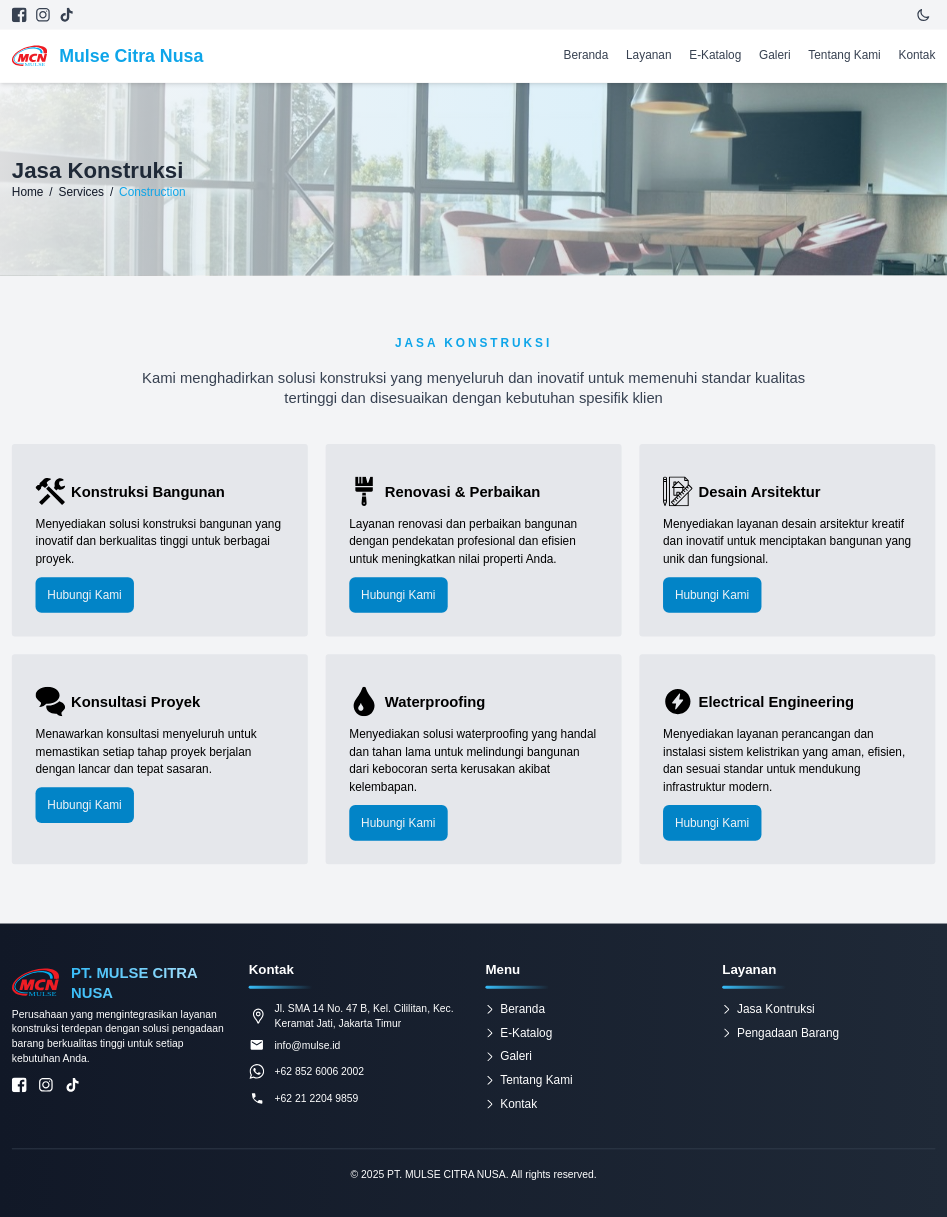
Repository: PrasBaldin/next-mulse
Page: /services/construction
The author's editor kept a copy of each file at every save. The page is drawn from the files as they stood at one save, then again after the next save.
The browser window is 1280 px wide. The pictures show the whole page, at 74% of full size.
The project was rebuilt for these pictures with package versions that can differ from the ones it lists, and the page was loaded fresh each time. The framework's server and built-in components were replaced by stand-ins that run in the browser. Also part of the build but not shown: next.config.ts.

Above is the page before, as saved 2025-02-26 14:00:25.

After the next save:
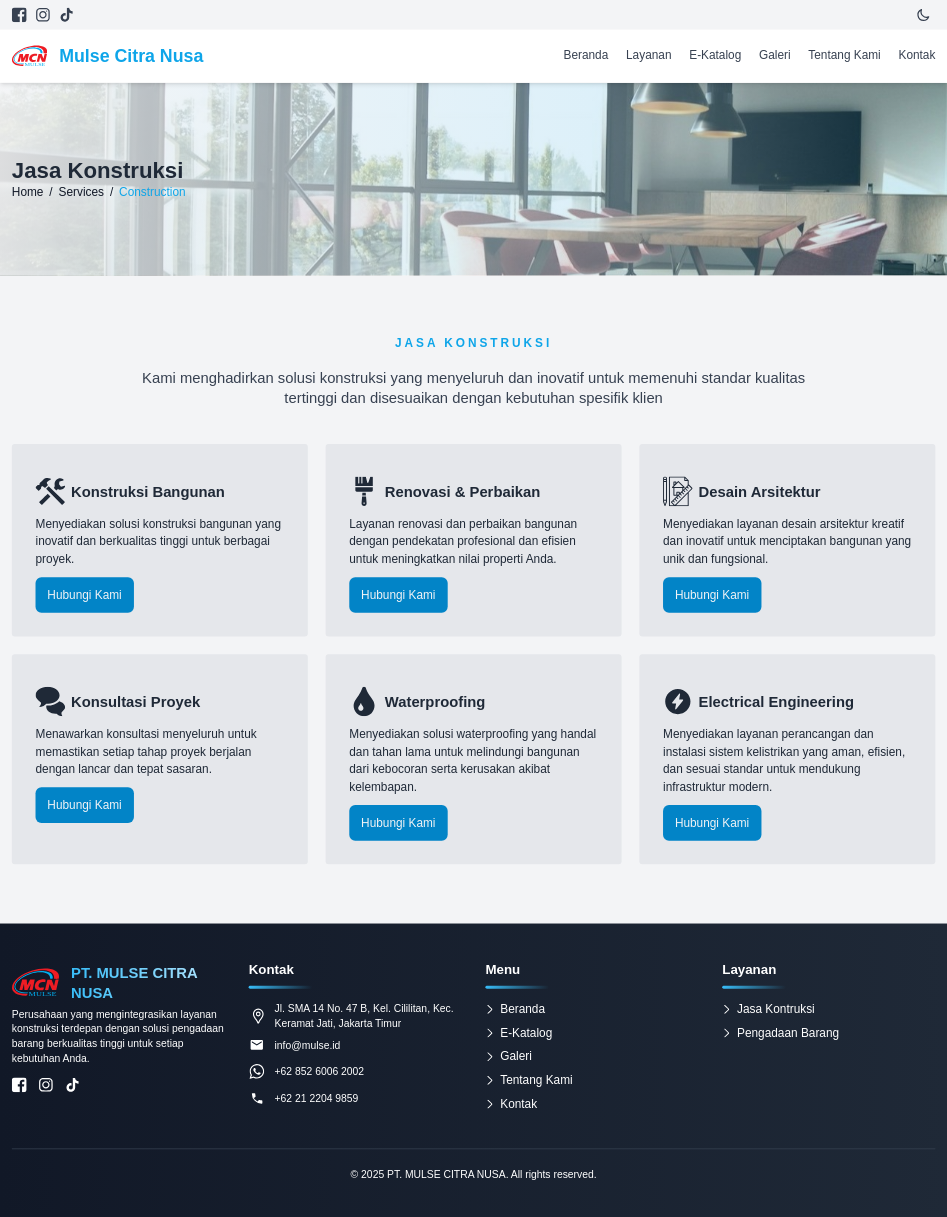
Saved 49 s later.
--- a/app/services/construction/page.tsx
+++ b/app/services/construction/page.tsx
@@ -99,7 +99,7 @@
             {services.map((service, index) => (
               <div
                 key={index}
-                className="card bg-gray-200 dark:bg-gray-800 transition duration-500 ease-in-out rounded p-8"
+                className="card bg-gray-200 dark:bg-gray-800 text-gray-800 dark:text-gray-200 transition duration-500 ease-in-out rounded p-8"
               >
                 <div className="card-img pb-3"></div>
                 <div className="card-title text-xl font-semibold pb-3 flex gap-2 items-center">
